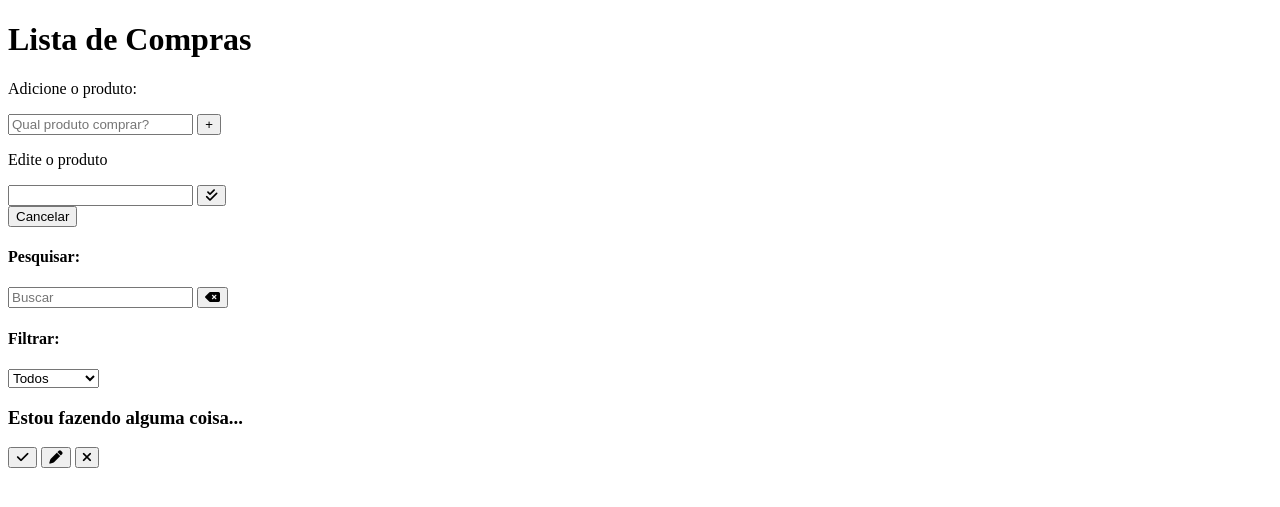
Repository: Dkrvalho/mercado
Page: index.html
An editor plug-in stored every save of this project. The page is shown before and after a run of saves, followed by the edit.
The browser window is 1280 px wide. The pictures show the whole page.

Above is the page before, as saved 2023-01-09 12:36:35.

After the next 13 saves:
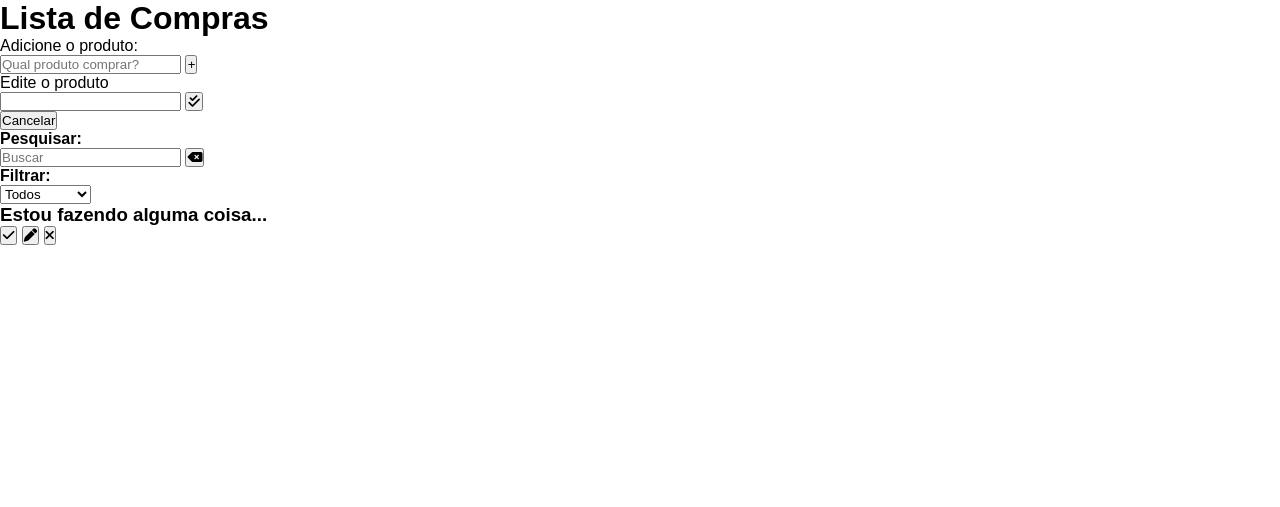
The 13 saves are shown as one change because they came seconds apart.
The last was saved 26 s later.
--- a/css/style.css
+++ b/css/style.css
@@ -1,4 +1,7 @@
 /* Geral */
 * {
-    pa
+    padding: 0;
+    margin: 0;
+    font-family: Arial, Helvetica, sans-serif;
+
 }
